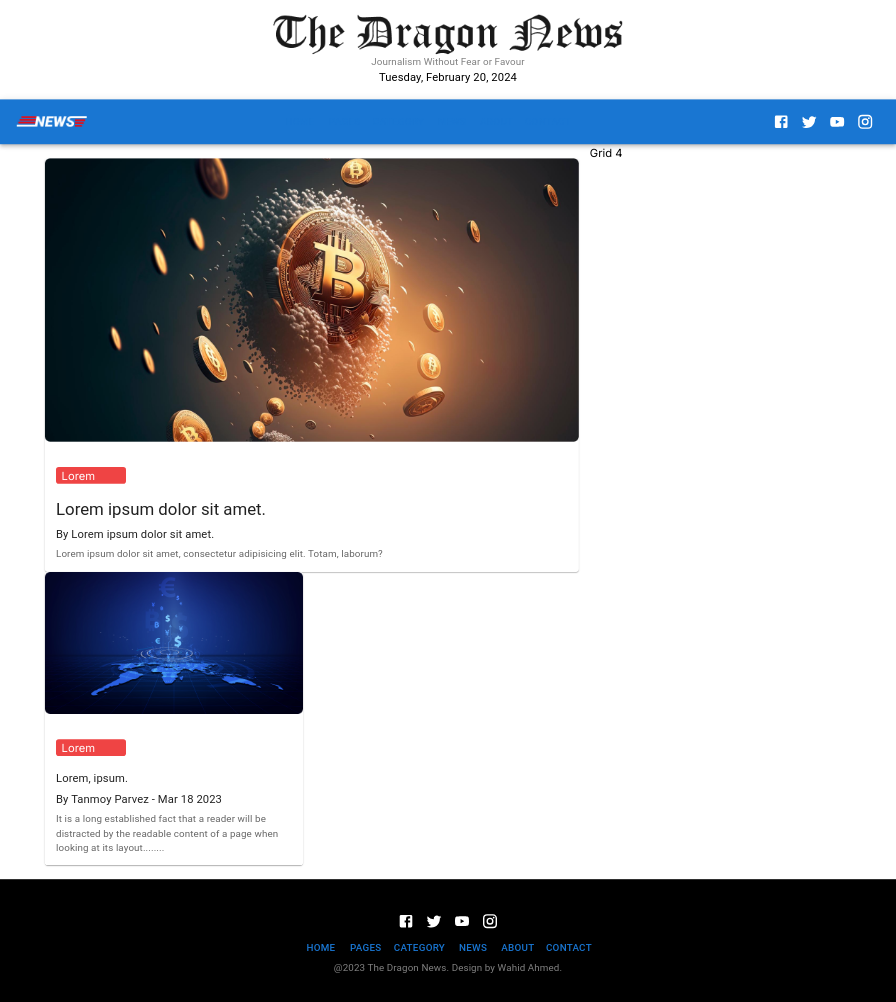
Repository: Wahid137/daily-news-nextjs
Page: /
An editor plug-in stored every save of this project. The page is shown before and after the next save, followed by the edit.
The browser window is 1280 px wide. The pictures show the whole page, at 70% of full size.
The project was rebuilt for these pictures with package versions that can differ from the ones it lists, and the page was loaded fresh each time. The framework's server and built-in components were replaced by stand-ins that run in the browser. Also part of the build but not shown: next.config.mjs.

Above is the page before, as saved 2024-02-22 23:35:01.

After the next save:
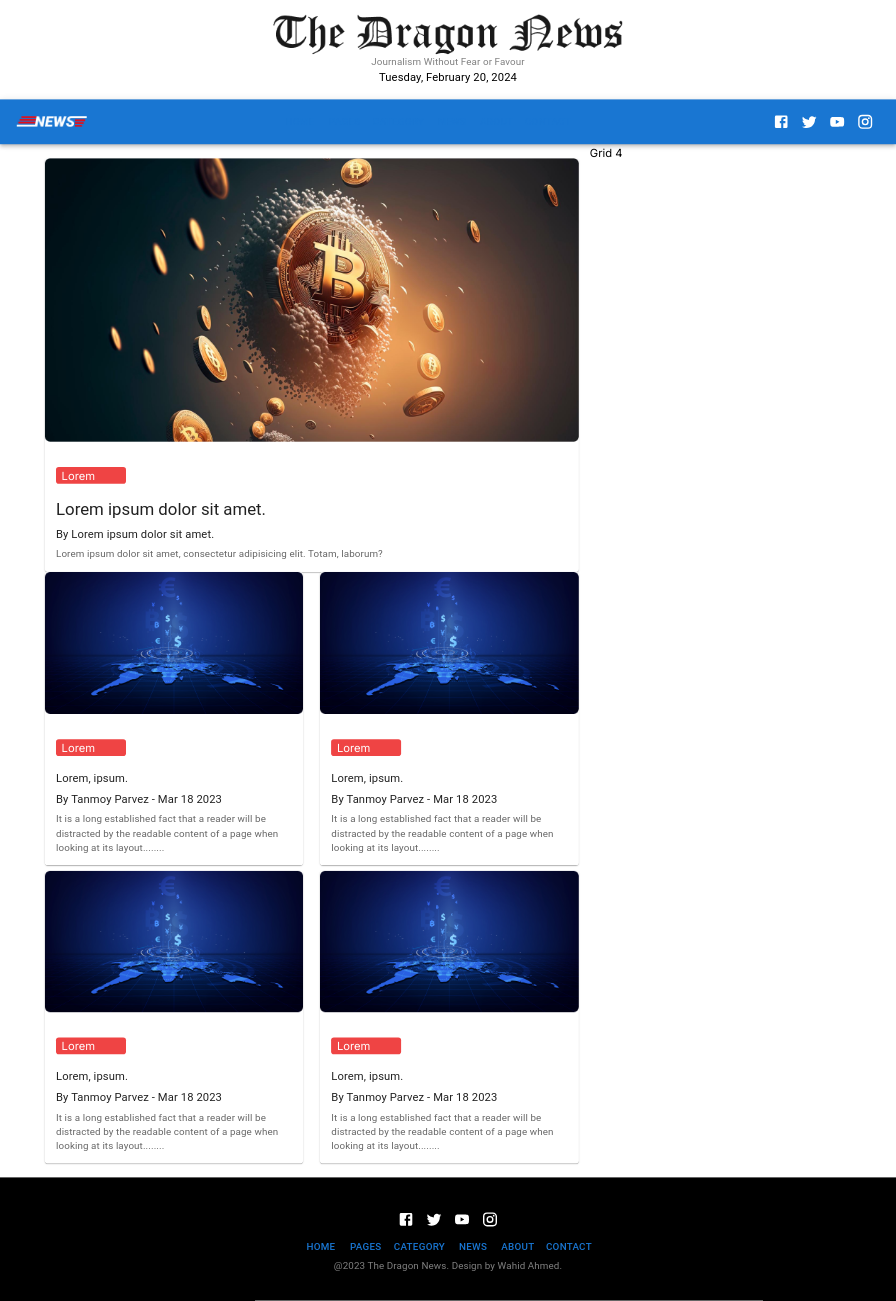
Saved 18 s later.
--- a/src/components/ui/LatestNews/LatestNews.js
+++ b/src/components/ui/LatestNews/LatestNews.js
@@ -99,6 +99,120 @@ const LatestNews = async () => {
                         </CardActionArea>
                     </Card>
                 </Grid>
+                <Grid item xs={6}>
+                    <Card>
+                        <CardActionArea>
+                            <CardMedia>
+                                <Image
+                                    src={topNews2}
+                                    width={800}
+                                    height={300}
+                                    alt="top news"
+                                />
+                            </CardMedia>
+                            <CardContent>
+                                <p
+                                    className="
+                        w-[100px]
+                        bg-red-500
+                        px-2
+                        text-white
+                        my-5
+                        rounded
+                        "
+                                >
+                                    Lorem
+                                </p>
+                                <Typography gutterBottom>Lorem, ipsum.</Typography>
+                                <Typography gutterBottom className="my-3">
+                                    By Tanmoy Parvez - Mar 18 2023
+                                </Typography>
+
+                                <Typography variant="body2" color="text.secondary">
+                                    It is a long established fact that a reader will be
+                                    distracted by the readable content of a page when looking at
+                                    its layout........
+                                </Typography>
+                            </CardContent>
+                        </CardActionArea>
+                    </Card>
+                </Grid>
+                <Grid item xs={6}>
+                    <Card>
+                        <CardActionArea>
+                            <CardMedia>
+                                <Image
+                                    src={topNews2}
+                                    width={800}
+                                    height={300}
+                                    alt="top news"
+                                />
+                            </CardMedia>
+                            <CardContent>
+                                <p
+                                    className="
+                        w-[100px]
+                        bg-red-500
+                        px-2
+                        text-white
+                        my-5
+                        rounded
+                        "
+                                >
+                                    Lorem
+                                </p>
+                                <Typography gutterBottom>Lorem, ipsum.</Typography>
+                                <Typography gutterBottom className="my-3">
+                                    By Tanmoy Parvez - Mar 18 2023
+                                </Typography>
+
+                                <Typography variant="body2" color="text.secondary">
+                                    It is a long established fact that a reader will be
+                                    distracted by the readable content of a page when looking at
+                                    its layout........
+                                </Typography>
+                            </CardContent>
+                        </CardActionArea>
+                    </Card>
+                </Grid>
+                <Grid item xs={6}>
+                    <Card>
+                        <CardActionArea>
+                            <CardMedia>
+                                <Image
+                                    src={topNews2}
+                                    width={800}
+                                    height={300}
+                                    alt="top news"
+                                />
+                            </CardMedia>
+                            <CardContent>
+                                <p
+                                    className="
+                        w-[100px]
+                        bg-red-500
+                        px-2
+                        text-white
+                        my-5
+                        rounded
+                        "
+                                >
+                                    Lorem
+                                </p>
+                                <Typography gutterBottom>Lorem, ipsum.</Typography>
+                                <Typography gutterBottom className="my-3">
+                                    By Tanmoy Parvez - Mar 18 2023
+                                </Typography>
+
+                                <Typography variant="body2" color="text.secondary">
+                                    It is a long established fact that a reader will be
+                                    distracted by the readable content of a page when looking at
+                                    its layout........
+                                </Typography>
+                            </CardContent>
+                        </CardActionArea>
+                    </Card>
+                </Grid>
             </Grid>
         </Box>
     );
